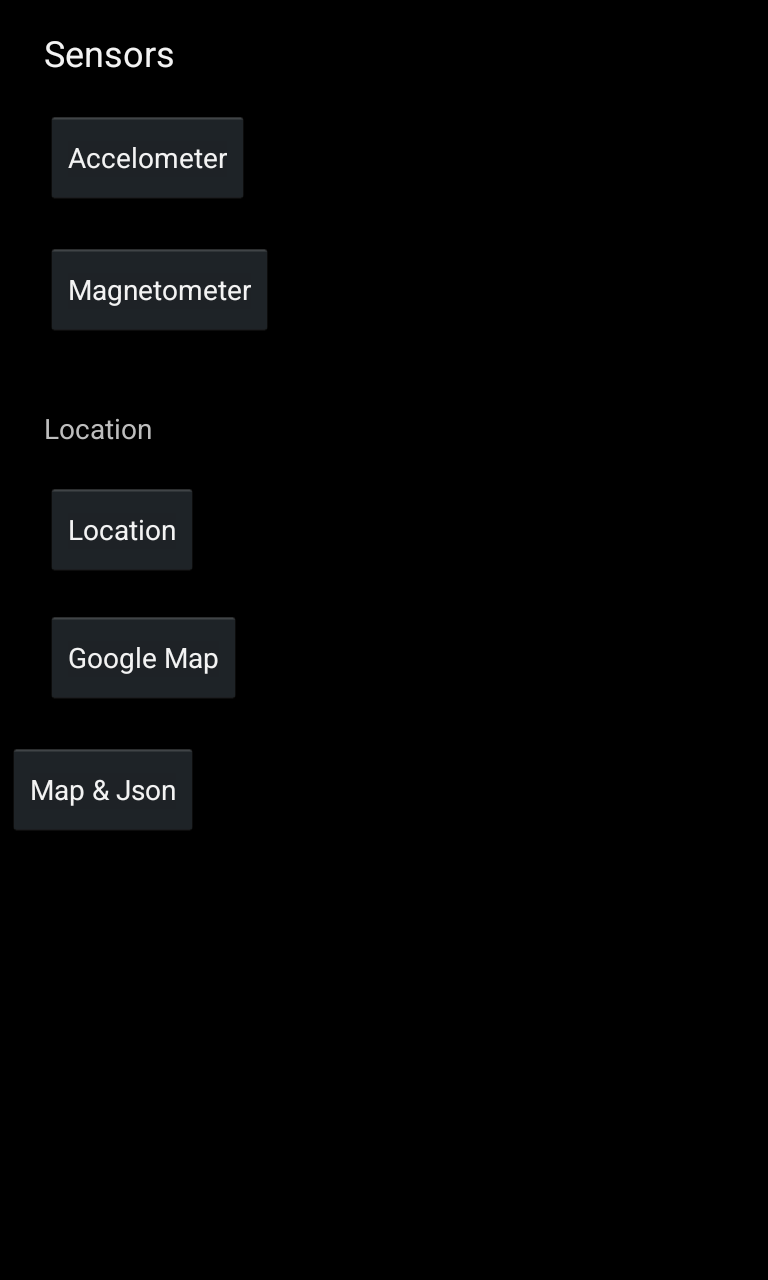
Repository: Amir13/Android_Basic_Steps
Layout: ViewElements5/res/layout/fragment_thrid.xml
These files come from the project's save history. The layout is drawn as it stood at one moment and after the next save; the edit follows.
It is drawn on a 768 x 1280 px phone screen (xhdpi) without system bars, with theme android:Theme.Holo; the app's code is not run.

Above is the layout before, as saved 2014-06-24 00:35:08.

After the next save:
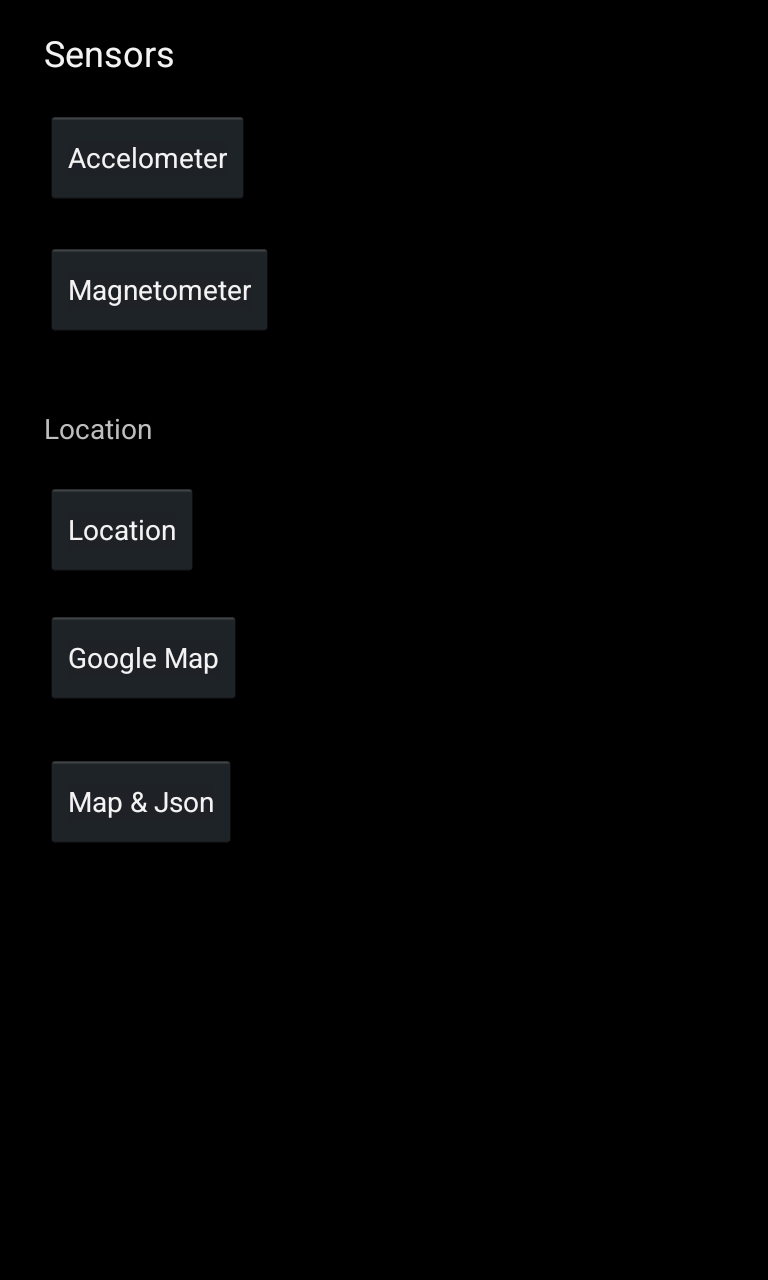
Saved 99 s later.
--- a/ViewElements5/res/layout/fragment_thrid.xml
+++ b/ViewElements5/res/layout/fragment_thrid.xml
@@ -69,9 +69,9 @@
         style="?android:attr/buttonStyleSmall"
         android:layout_width="wrap_content"
         android:layout_height="wrap_content"
-        android:layout_alignRight="@+id/btnLocation"
+        android:layout_alignLeft="@+id/btnMap"
         android:layout_below="@+id/btnMap"
-        android:layout_marginTop="18dp"
+        android:layout_marginTop="24dp"
         android:text="Map &amp; Json" />
 
 </RelativeLayout>
